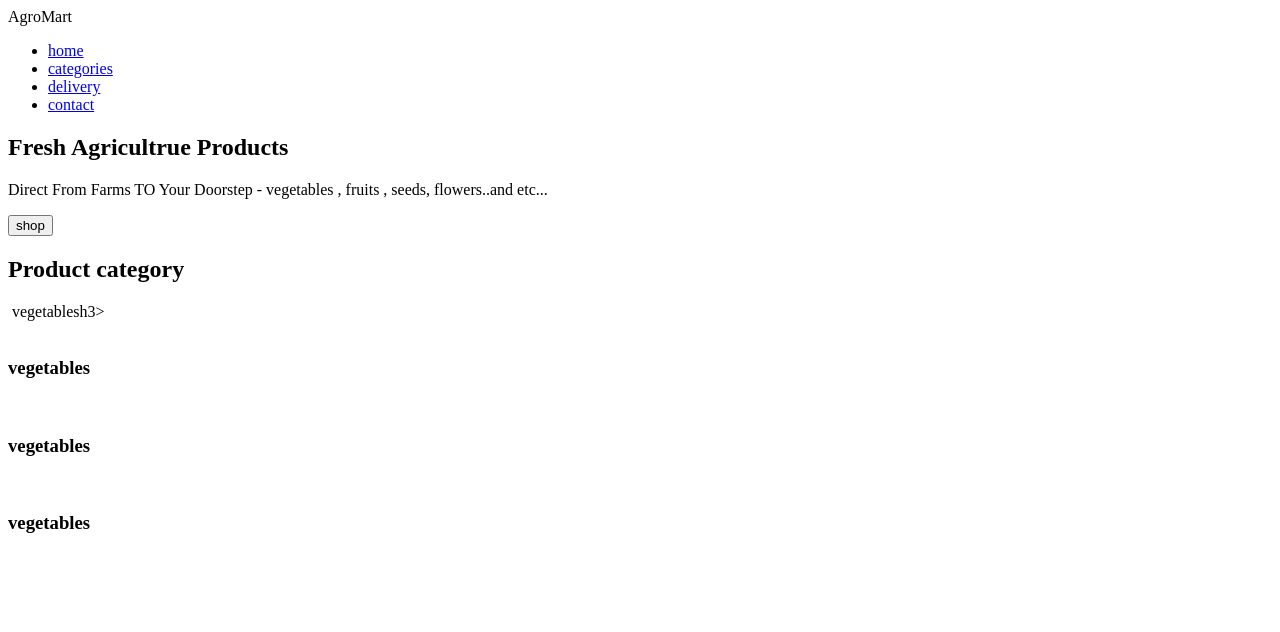
Repository: wingming07/Agro_mart
Page: index.html
The author's editor kept a copy of each file at every save. The page is drawn from the files as they stood at one save, then again after a run of saves.
The browser window is 1280 px wide. The pictures show the whole page.

Above is the page before, as saved 2025-06-09 14:38:50.

After the next 2 saves:
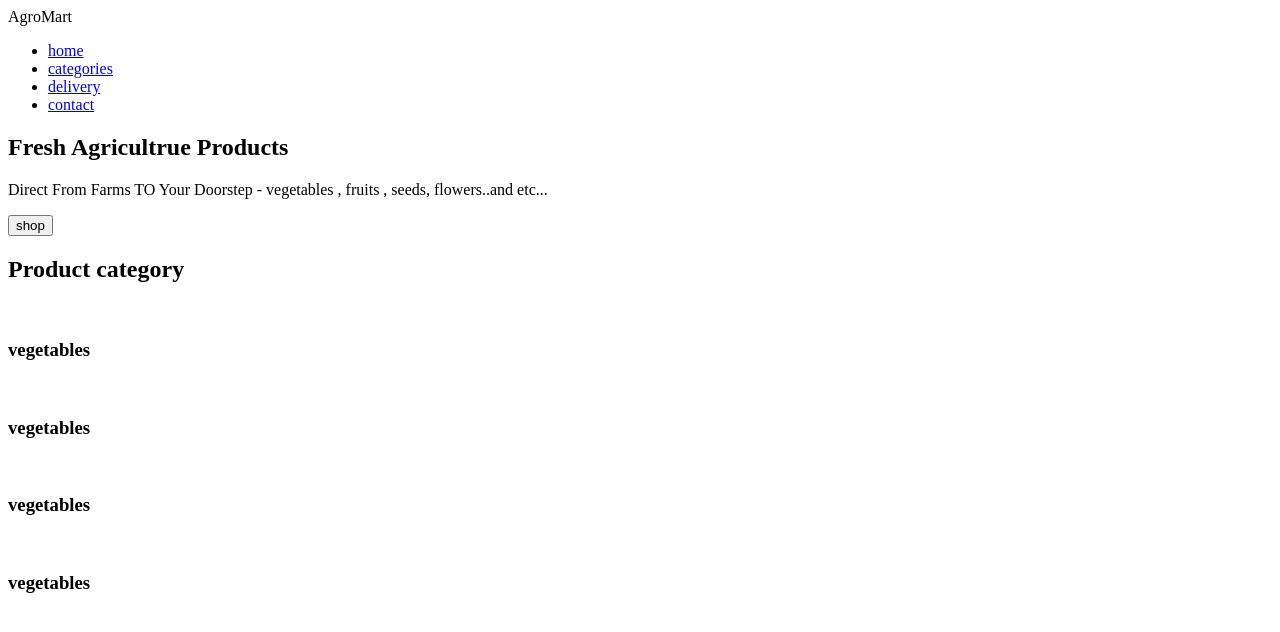
The 2 saves are shown as one change because they came seconds apart.
The last was saved 8 s later.
--- a/index.html
+++ b/index.html
@@ -29,7 +29,7 @@
             <div class="category-container">
                 <div class="category-card">
                     <img src="" alt=""/>
-                    <dh3>vegetables</d>h3>
+                    <h3>vegetables</d></h3>
                 </div>
                 <div class="category-card">
                     <img src="" alt=""/>
